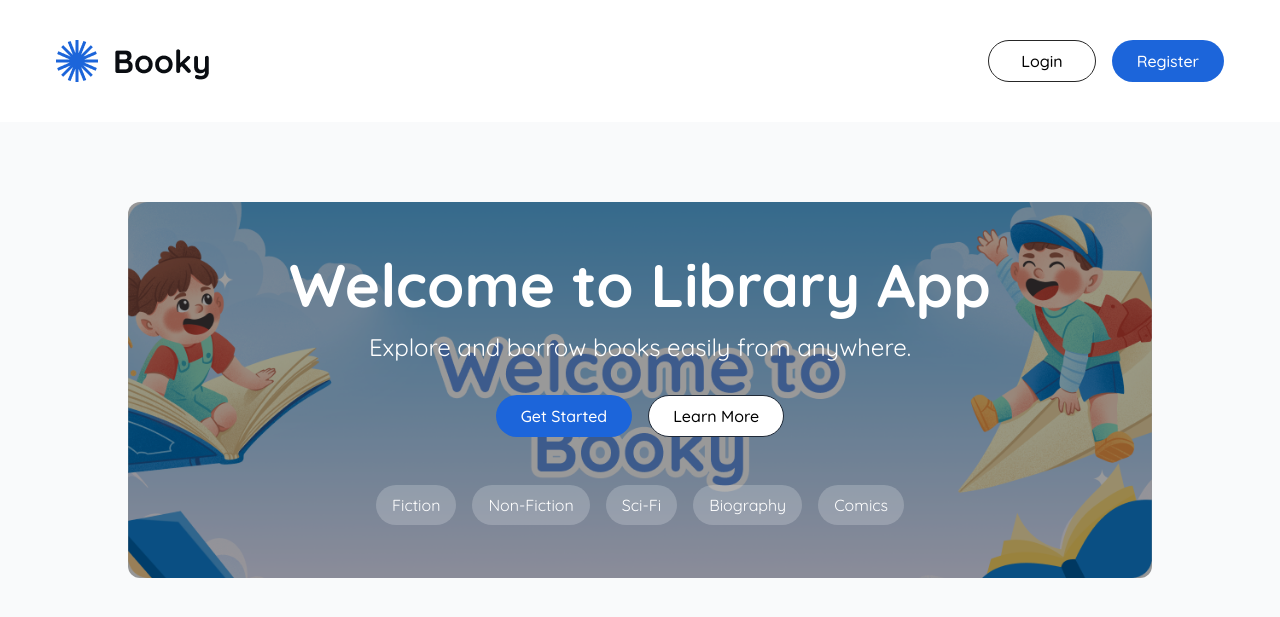
Repository: faridsyafaat/library-app
Page: /
An editor plug-in stored every save of this project. The page is shown before and after the next save, followed by the edit.
The browser window is 1280 px wide. The pictures show the whole page.
The project was rebuilt for these pictures with package versions that can differ from the ones it lists, and the page was loaded fresh each time. Also part of the build but not shown: vite.config.ts, src/pages/Login.tsx, src/pages/Register.tsx.

Above is the page before, as saved 2025-11-24 17:52:22.

### index.html
<!doctype html>
<html lang="en">
  <head>
    <meta charset="UTF-8" />
    <link rel="icon" type="image/svg+xml" href="/vite.svg" />
    <meta name="viewport" content="width=device-width, initial-scale=1.0" />
    <title>library-app</title>
  </head>
  <body>
    <div id="root"></div>
    <script type="module" src="/src/main.tsx"></script>
  </body>
</html>

### src/index.css
@import url('https://fonts.googleapis.com/css2?family=Quicksand:wght@300;400;500;600;700&display=swap');
@tailwind base;
@tailwind components;
@tailwind utilities;

:root {
  font-family: system-ui, Avenir, Helvetica, Arial, sans-serif;
  line-height: 1.5;
  font-weight: 400;
  font-synthesis: none;
  text-rendering: optimizeLegibility;
  -webkit-font-smoothing: antialiased;
  -moz-osx-font-smoothing: grayscale;
}

a {
  font-weight: 500;
  color: #646cff;
  text-decoration: inherit;
}
a:hover {
  color: #535bf2;
}

body {
  margin: 0;
  min-height: 100vh;
  }

h1 {
  font-size: 3.2em;
  line-height: 1.1;
}

button {
  border-radius: 8px;
  border: 1px solid transparent;
  padding: 0.6em 1.2em;
  font-size: 1em;
  font-weight: 500;
  font-family: inherit;
  background-color: #1a1a1a;
  cursor: pointer;
  transition: border-color 0.25s;
}
button:hover {
  border-color: #646cff;
}
button:focus,
button:focus-visible {
  outline: 4px auto -webkit-focus-ring-color;
}

@media (prefers-color-scheme: light) {
  :root {
    color: #213547;
    background-color: #ffffff;
  }
  a:hover {
    color: #747bff;
  }
  button {
    background-color: #f9f9f9;
  }
}

.container-custom {
  max-width: 1200px;
  margin-left: auto;
  margin-right: auto;
  padding-left: 1rem;
  padding-right: 1rem;
}

@layer base {
  body {
    @apply font-quicksand;
  }
}

### src/App.tsx
import { BrowserRouter as Router, Routes, Route, } from "react-router-dom";
import HomeBefore from "./pages/HomeBefore";
import Login from "./pages/Login";
import Register from "./pages/Register";


function App() {


  return (
    <Router>
      <Routes>
        <Route path="/" element={<HomeBefore />} />
        <Route path="/login" element={<Login />} />
        <Route path="/register" element={<Register />} />

      </Routes>
    </Router>
  );
}

export default App;

### src/pages/HomeBefore.tsx
import NavbarBefore from "@/components/layout/NavbarBefore";
import HeroSection from "@/components/sections/HeroSection";

export default function HomeBefore() {
  return (
    <div>
      <NavbarBefore />
      <HeroSection />

    </div>
  );
}

### src/components/layout/NavbarBefore.tsx
import Button from "@/components/ui/Button";
import { useNavigate } from "react-router-dom";

export default function NavbarBefore() {
  const navigate = useNavigate();

  return (
    <nav className="sticky top-0 z-50 bg-white">
      <div className="container mx-auto flex justify-between items-center py-10 px-4">
        {/* Logo */}
        <div className="flex items-left gap-2">
          <img src="/icon/booky.png" alt="Booky Logo" className="w-[155px] h-[42px]" />
        </div>

        {/* Buttons */}
        <div className="flex gap-4">
          <Button
            variant="outline"
            className="bg-white text-black border border-neutral-800 px-8 py-2"
            onClick={() => navigate("/login")}
          >
            Login
          </Button>
          <Button
            variant="default"
            className="px-10 py-2"
            onClick={() => navigate("/register")}
          >
            Register
          </Button>
        </div> {/* Tutup div buttons */}
      </div> {/* Tutup div container */}
    </nav>
  );
}

### src/components/sections/HeroSection.tsx
import Button from "@/components/ui/Button";

const bookCategories = ["Fiction", "Non-Fiction", "Sci-Fi", "Biography", "Comics"];

export default function HeroSection() {
  return (
    <section className="relative py-20 bg-gray-50">
      {/* Custom Container */}
      <div className="container mx-auto relative flex flex-col justify-center items-center text-center">
        {/* Hero Image */}
        <div className="relative w-full max-w-5xl">
          <img
            src="/image/herosection.png"
            alt="Hero Background"
            className="w-full h-auto rounded-xl"
          />
          {/* Overlay */}
          <div className="absolute inset-0 bg-black/40 rounded-xl"></div>
        </div>

        {/* Content di atas image */}
        <div className="absolute inset-0 flex flex-col justify-center items-center text-white px-6">
          <h1 className="text-4xl md:text-6xl font-bold mb-4">
            Welcome to Library App
          </h1>
          <p className="text-lg md:text-2xl mb-8">
            Explore and borrow books easily from anywhere.
          </p>
          <div className="flex gap-4 mb-12">
            <Button variant="default">Get Started</Button>
            <Button variant="outline">Learn More</Button>
          </div>

          {/* List Jenis Buku */}
          <div className="flex flex-wrap justify-center gap-4">
            {bookCategories.map((category) => (
              <span
                key={category}
                className="bg-white/20 px-4 py-2 rounded-full cursor-pointer hover:bg-white/40 transition"
              >
                {category}
              </span>
            ))}
          </div>
        </div>
      </div>
    </section>
  );
}

### src/components/ui/Button.tsx
import React from "react";
import clsx from "clsx";

interface ButtonProps extends React.ButtonHTMLAttributes<HTMLButtonElement> {
  variant?: "default" | "outline" | "short";
  size?: "sm" | "md" | "lg";
}

const Button: React.FC<ButtonProps> = ({
  variant = "default",
  className,
  children,
  ...props
}) => {
  const baseStyle = "inline-flex items-center justify-center font-medium focus:outline-none rounded-full disabled:opacity-50 disabled:pointer-events-none";

  const variants: Record<string, string> = {
    default: "bg-[#1C65DA] text-white px-6 py-2 hover:bg-blue-600",
    outline: "border border-gray-800 text-black bg-white px-6 py-2 hover:bg-gray-100",
    short: "px-4 py-2 rounded-md text-sm",
  };

  return (
    <button className={clsx(baseStyle, variants[variant], className)} {...props}>
      {children}
    </button>
  );
};

export default Button;

### tailwind.config.js
/** @type {import('tailwindcss').Config} */
module.exports = {
  content: [
    "./index.html",
    "./src/**/*.{js,ts,jsx,tsx}",
  ],
  theme: {
    extend: {
      fontFamily: {
        quicksand: ["Quicksand", "sans-serif"],
      },
    },
    container: {
      center: true,
      padding: '1rem',
      screens: {
        sm: "640px",
        md: "768px",
        lg: "1200px", // container lg = 1200px
        xl: "1200px",
        "2xl": "1200px"
      }
    }
  },
  plugins: [],
};

Loaded but not shown: src/main.tsx (common file)

After the next save:
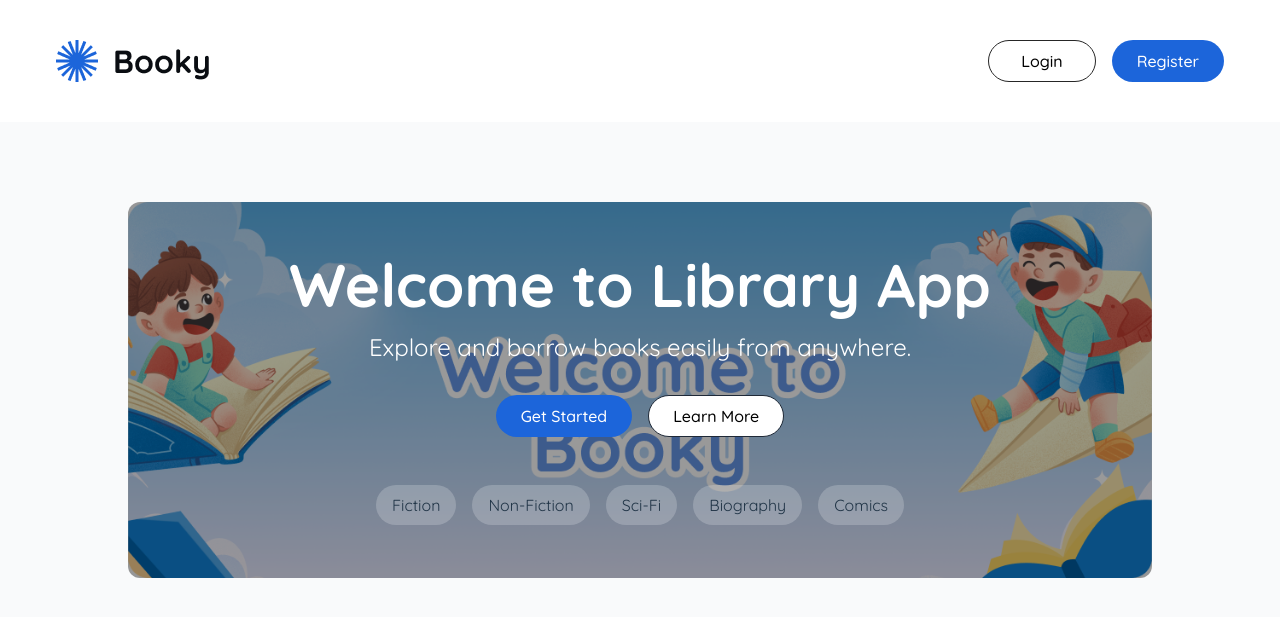
Saved 89 s later.
--- a/src/components/sections/HeroSection.tsx
+++ b/src/components/sections/HeroSection.tsx
@@ -4,11 +4,11 @@
 
 export default function HeroSection() {
   return (
-    <section className="relative py-20 bg-gray-50">
-      {/* Custom Container */}
-      <div className="container mx-auto relative flex flex-col justify-center items-center text-center">
-        {/* Hero Image */}
+    <section className="py-20 bg-gray-50">
+      <div className="container mx-auto flex flex-col items-center text-center relative">
+        {/* Hero Image + Overlay + Content */}
         <div className="relative w-full max-w-5xl">
+          {/* Gambar */}
           <img
             src="/image/herosection.png"
             alt="Hero Background"
@@ -16,31 +16,29 @@
           />
           {/* Overlay */}
           <div className="absolute inset-0 bg-black/40 rounded-xl"></div>
-        </div>
-
-        {/* Content di atas image */}
-        <div className="absolute inset-0 flex flex-col justify-center items-center text-white px-6">
-          <h1 className="text-4xl md:text-6xl font-bold mb-4">
-            Welcome to Library App
-          </h1>
-          <p className="text-lg md:text-2xl mb-8">
-            Explore and borrow books easily from anywhere.
-          </p>
-          <div className="flex gap-4 mb-12">
-            <Button variant="default">Get Started</Button>
-            <Button variant="outline">Learn More</Button>
-          </div>
-
-          {/* List Jenis Buku */}
-          <div className="flex flex-wrap justify-center gap-4">
-            {bookCategories.map((category) => (
-              <span
-                key={category}
-                className="bg-white/20 px-4 py-2 rounded-full cursor-pointer hover:bg-white/40 transition"
-              >
-                {category}
-              </span>
-            ))}
+          {/* Konten di atas gambar */}
+          <div className="absolute inset-0 flex flex-col justify-center items-center px-6">
+            <h1 className="text-4xl md:text-6xl font-bold mb-4 text-white">
+              Welcome to Library App
+            </h1>
+            <p className="text-lg md:text-2xl mb-8 text-white">
+              Explore and borrow books easily from anywhere.
+            </p>
+            <div className="flex gap-4 mb-12">
+              <Button variant="default">Get Started</Button>
+              <Button variant="outline">Learn More</Button>
+            </div>
+            {/* List Jenis Buku */}
+            <div className="flex flex-wrap justify-center gap-4">
+              {bookCategories.map((category) => (
+                <span
+                  key={category}
+                  className="bg-white/20 px-4 py-2 rounded-full cursor-pointer hover:bg-white/40 transition"
+                >
+                  {category}
+                </span>
+              ))}
+            </div>
           </div>
         </div>
       </div>
